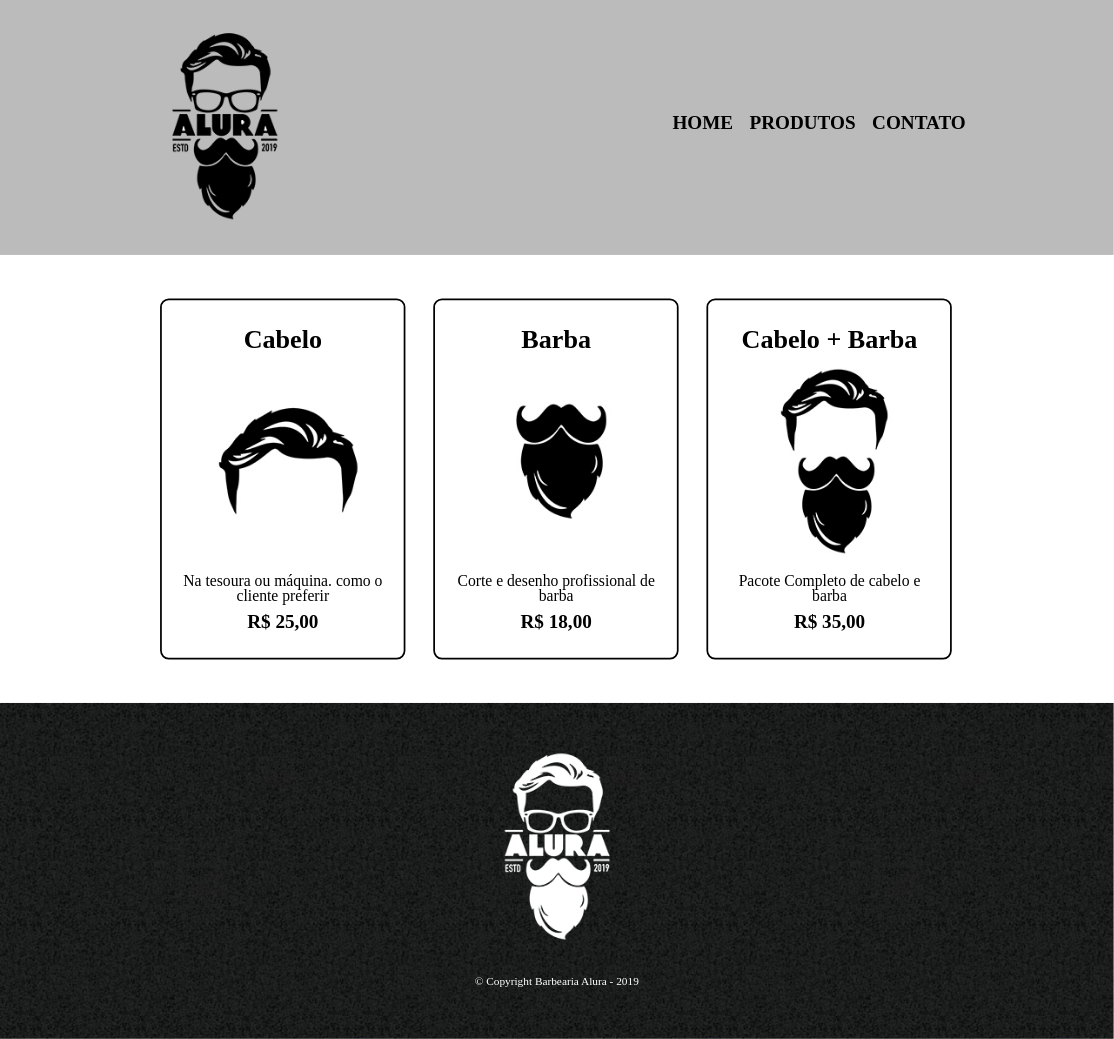
Repository: AnaBerlanda/AulaAlura
Page: produtos.html
The author's editor kept a copy of each file at every save. The page is drawn from the files as they stood at one save, then again after the next save.
The browser window is 1280 px wide. The pictures show the whole page, at 87% of full size.

Above is the page before, as saved 2022-04-18 15:41:57.

After the next save:
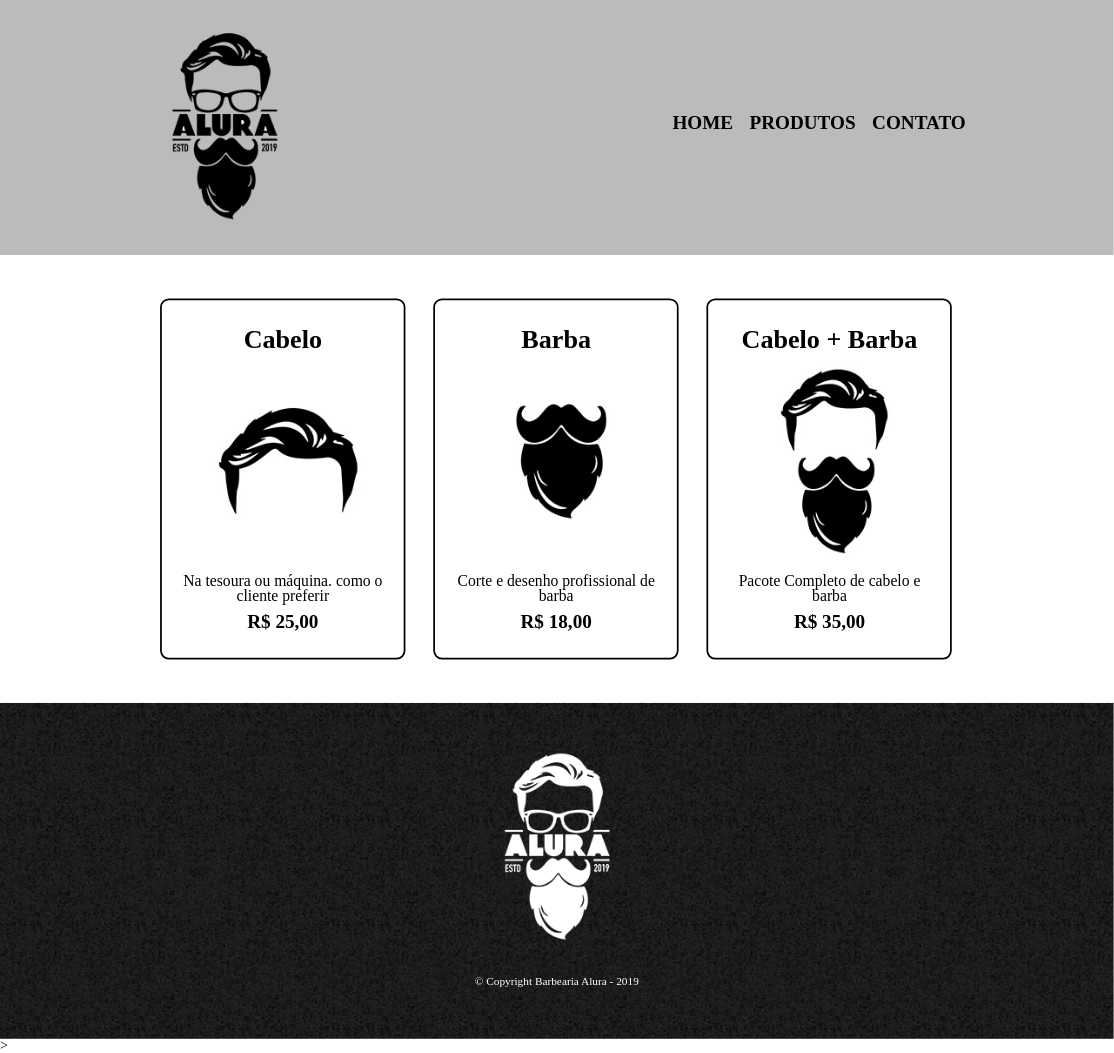
Saved 103 s later.
--- a/produtos.html
+++ b/produtos.html
@@ -51,10 +51,7 @@
 
 
     </footer>
-
-
-
-    </div>
+>
 
 
 
